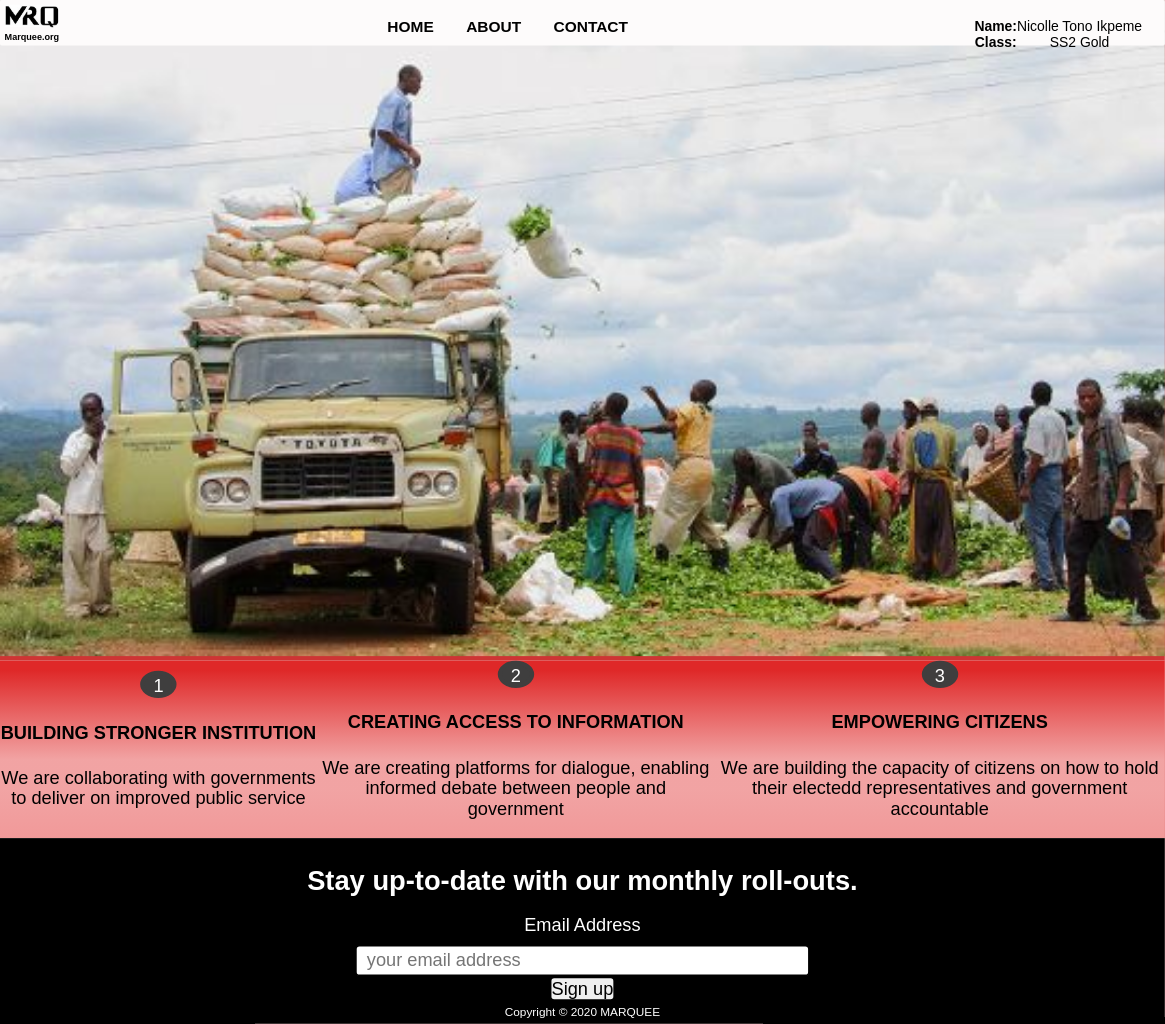
Repository: pboi18/Marquee.org
Page: home.html
The author's editor kept a copy of each file at every save. The page is drawn from the files as they stood at one save, then again after the next save.
The browser window is 1280 px wide. The pictures show the whole page, at 91% of full size.

Above is the page before, as saved 2020-07-11 23:22:00.

### home.html
<!DOCTYPE html>
<html>
    <head>
        <meta charset="utf-8">
        <link rel="icon" type="image/png" sizes="16x16" href="img/logo.png">
        <title>Marquee</title>

        <link rel="stylesheet" href="style.css" >
        <link rel="stylesheet" href="normalize.css">
        <link rel="stylesheet" href="Grid.css">


    </head>

    <body>
        <div class="main">
            <header>
                <nav>
                    <div class="navbar">
                        <div class="logo">
                            <img src="img/logo2.jpg" alt="MARQUEE" style="width: 60px; height: 25px;">
                            <p style="font-weight:bold; font-size: x-small; margin: 0px;">Marquee.org</p>
                        </div>



                        <ul class="main-nav">
                            <li>
                                <a href="home.html">
                                    Home
                                </a>
                            </li>

                            <li>
                                <a href="about.html">
                                    ABOUT
                                </a>
                            </li>

                            <li>
                                <a href="contact.html">
                                    CONTACT
                                </a>
                            </li>

                            <li style="float: right;">
                                <table class="id">
                                    <tr>
                                        <th>Name:</th>
                                        <td> Nicolle Tono Ikpeme</td>
                                    </tr>

                                    <tr>
                                        <th>Class:</th>
                                        <td> SS2 Gold</td>
                                    </tr>

                                </table>
                            </li>

                        </ul>

                        </div>
                </nav>

                <div style="background-color: rgb(206, 52, 52)">
                    <img src="img/home.jpg" alt="Farmers" style="width: 100%; margin: 0px; height: 100%;">
                </div>

                <table class="wup">
                    <tr>
                        <td style="width: auto;" class="span-1-of-3">
                            <div class="cover">
                                <p class="numb">1</p>
                                <h4 style="text-align: center;  ;">BUILDING STRONGER INSTITUTION</h4>
                                <p style="text-align: center; font-size: 20px; ">We are collaborating with governments to deliver on improved public service</p>
                            </div>
                        </td>

                        <td style="width: auto;" class="span-1-of-3">
                            <div class="cover">
                                <p class="numb">2</p>
                                <h4 style="text-align: center;">CREATING ACCESS TO INFORMATION</h4>
                                <p style="text-align: center; font-size: 20px;">We are creating platforms for dialogue, enabling informed debate between people and government</p>
                            </div>
                        </td>

                        <td style="width: auto;" class="span-1-of-3">
                            <div class="cover">
                                <p class="numb">3</p>
                                <h4 style="text-align: center;">EMPOWERING CITIZENS</h4>
                                <p style="text-align: center; font-size: 20px;">We are building the capacity of citizens on how to hold their electedd representatives and government accountable</p>
                            </div>
                        </td>
                    </tr>
                </table>
            </header>

            <section>
                <div class="sec">
                    <h2 style="color: white; padding-top: 30px; padding-bottom: 10px; margin: 0;">Stay up-to-date with our monthly roll-outs.</h2>

                    <form style="text-align: center;">
                    <label style="color: white;">Email Address</label>
                    <input type="email" name="email" placeholder="  your email address" style=" width: 500px; margin: auto;" required>
                    <button type="submit" value="SIGN UP" name="sign up">Sign up</button>
                    </form>
                </div>
            </section>
        </div>

        <footer>
            <P style="color: white; text-align: center; margin: auto; font-size: small; padding: 5px;">
                Copyright &copy; 2020 MARQUEE
            </P>
        </footer>
    </body>
</html>

### style.css
* {
    margin: o;
    padding: 0;
    box-sizing: border-box;
}

html {
    background-color: #fff;
    max-width: 100%;
    font-size: 20px;
    font-weight: 300;
    font-family: Arial, Helvetica, sans-serif;
    text-rendering: optimizeLegibility;
}



h1 {
    margin: 0;
}

label {
    display: block;
    padding: 10px;
}

input {
    display: block;
    width: 100%;
    height: 35px;
    border-radius: 5px;
    border: 2px #000 solid;
}

button {
    border-radius: 5px;
    border: 2px #000 solid;
}

textarea {
    display: block;
    height: 100px;
    width: 100%;
    border: 2px #000 solid;
    border-radius: 5px;
}
/* header {
    background-image: linear-gradient( rgba(0, 0, 0, 0.4), rgba(0, 0, 0, 0.4)), url(img/home.jpg);
    height: 100vh;
    background-size: cover;
    background-position: center;
} */


.logo {
    height: 40px;
    width: 60px;
    float: left;
    margin: 5px;
}

.main-nav {
    list-style: none;
    margin: auto;
    margin-top: 10px;
    text-align: center;


}

.main-nav li {
    display: inline-block;
    margin: 10px 15px;
    font-size: 85%;

}

.main-nav li a:link,
.main-nav li a:visited {
    color: #000;
    text-decoration: none;
    text-transform: uppercase;
    font-weight: bold;
    padding: 3px 0px;
    border-bottom: 3px solid transparent;
    transition: border-bottom 0.2s;
}

.main-nav li a:hover,
.main-nav li a:active {
    border-bottom: 3px solid rgb(158, 0, 0);
}
.id {
    display: inline;
    padding: 10px;
    font-size: 90%;
}

.navbar {
    height: 50px;
    width: 100%;
    display: inline-block;
    border-radius: 2px;
    box-shadow: 0px 3px -1px 2px rgb(190, 189, 189);
    position: fixed;
    background-color: rgb(253, 251, 251);
}

.navbar2 {
    height: 60px;
    width: 100%;
    display: inline-block;
    border-radius: 2px;
    box-shadow: 1px 1px 3px 2px rgb(20, 20, 20);
    /* position: fixed; */
    background-color: rgb(253, 251, 251);
}

.numb {
    border: solid 5px rgb(63, 62, 62);
    text-align: center;
    width: 40px;
    height: 30px;
    align-self: center;
    border-radius: 50%;
    margin: auto;
    background-color: rgb(63, 62, 62);
    color: white;
}
.wup {
    padding-top: 10px;

    background: linear-gradient(180deg, #DF2828 5.21%, rgba(223, 40, 40, 0.427083) 55.73%, rgba(223, 40, 40, 0.427083) 64.06%, rgba(223, 40, 40, 0.427083) 73.44%, rgba(222, 17, 17, 0.427083) 100%, rgba(170, 77, 77, 0) 100%);
}

.cover {
    border-radius: 5px;
    margin: auto;
}

.sec {
    background-color: black;
    width: 100%;
    text-align: center;
    margin-bottom: 20px #000;
}



main {
    margin: auto;
    margin-bottom: 30px;
}

.con {
    width: 90%;
    margin: auto;
    margin-bottom: 50px;
}
.contact {
    text-align: center;
    margin: auto;
    margin-bottom: 50px;
}
.image {
    width: 550px;
    height: 500px;
    float: left;
}

.form2 {
    float: right;
    text-align: left;
    font-size: 85%;
    font-weight: bold;
}

footer {
    background-color: #000;
}

### Grid.css

/*  SECTIONS  ============================================================================= */

.section {
	clear: both;
	padding: 0px;
	margin: 0px;
}

/*  GROUPING  ============================================================================= */

.row {
    zoom: 1; /* For IE 6/7 (trigger hasLayout) */
}

.row:before,
.row:after {
    content:"";
    display:table;
}
.row:after {
    clear:both;
}

/*  GRID COLUMN SETUP   ==================================================================== */

.col {
	display: block;
	float:left;
	margin: 1% 0 1% 1.6%;
}

.col:first-child { margin-left: 0; } /* all browsers except IE6 and lower */


/*  REMOVE MARGINS AS ALL GO FULL WIDTH AT 480 PIXELS */

@media only screen and (max-width: 480px) {
	.col {
		/*margin: 1% 0 1% 0%;*/
        margin: 0;
	}
}


/*  GRID OF TWO   ============================================================================= */


.span-2-of-2 {
	width: 100%;
}

.span-1-of-2 {
	width: 49.2%;
}

/*  GO FULL WIDTH AT LESS THAN 480 PIXELS */

@media only screen and (max-width: 480px) {
	.span-2-of-2 {
		width: 100%;
	}
	.span-1-of-2 {
		width: 100%;
	}
}


/*  GRID OF THREE   ============================================================================= */


.span-3-of-3 {
	width: 100%;
}

.span-2-of-3 {
	width: 66.13%;
}

.span-1-of-3 {
	width: 32.26%;
}


/*  GO FULL WIDTH AT LESS THAN 480 PIXELS */

@media only screen and (max-width: 480px) {
	.span-3-of-3 {
		width: 100%;
	}
	.span-2-of-3 {
		width: 100%;
	}
	.span-1-of-3 {
		width: 100%;
	}
}

/*  GRID OF FOUR   ============================================================================= */


.span-4-of-4 {
	width: 100%;
}

.span-3-of-4 {
	width: 74.6%;
}

.span-2-of-4 {
	width: 49.2%;
}

.span-1-of-4 {
	width: 23.8%;
}


/*  GO FULL WIDTH AT LESS THAN 480 PIXELS */

@media only screen and (max-width: 480px) {
	.span-4-of-4 {
		width: 100%;
	}
	.span-3-of-4 {
		width: 100%;
	}
	.span-2-of-4 {
		width: 100%;
	}
	.span-1-of-4 {
		width: 100%;
	}
}


/*  GRID OF FIVE   ============================================================================= */


.span-5-of-5 {
	width: 100%;
}

.span-4-of-5 {
  	width: 79.68%;
}

.span-3-of-5 {
  	width: 59.36%;
}

.span-2-of-5 {
  	width: 39.04%;
}

.span-1-of-5 {
  	width: 18.72%;
}


/*  GO FULL WIDTH AT LESS THAN 480 PIXELS */

@media only screen and (max-width: 480px) {
	.span-5-of-5 {
		width: 100%;
	}
	.span-4-of-5 {
		width: 100%;
	}
	.span-3-of-5 {
		width: 100%;
	}
	.span-2-of-5 {
		width: 100%;
	}
	.span-1-of-5 {
		width: 100%;
	}
}


/*  GRID OF SIX   ============================================================================= */


.span-6-of-6 {
	width: 100%;
}

.span-5-of-6 {
  	width: 83.06%;
}

.span-4-of-6 {
  	width: 66.13%;
}

.span-3-of-6 {
  	width: 49.2%;
}

.span-2-of-6 {
  	width: 32.26%;
}

.span-1-of-6 {
  	width: 15.33%;
}


/*  GO FULL WIDTH AT LESS THAN 480 PIXELS */

@media only screen and (max-width: 480px) {
	.span-6-of-6 {
		width: 100%;
	}
	.span-5-of-6 {
		width: 100%;
	}
	.span-4-of-6 {
		width: 100%;
	}
	.span-3-of-6 {
		width: 100%;
	}
	.span-2-of-6 {
		width: 100%;
	}
	.span-1-of-6 {
		width: 100%;
	}
}



/*  GRID OF SEVEN   ============================================================================= */


.span-7-of-7 {
	width: 100%;
}

.span-6-of-7 {
	width: 85.48%;
}

.span-5-of-7 {
  	width: 70.97%;
}

.span-4-of-7 {
  	width: 56.45%;
}

.span-3-of-7 {
  	width: 41.94%;
}

.span-2-of-7 {
  	width: 27.42%;
}

.span-1-of-7 {
  	width: 12.91%;
}


/*  GO FULL WIDTH AT LESS THAN 480 PIXELS */

@media only screen and (max-width: 480px) {
	.span-7-of-7 {
		width: 100%;
	}
	.span-6-of-7 {
		width: 100%;
	}
	.span-5-of-7 {
		width: 100%;
	}
	.span-4-of-7 {
		width: 100%;
	}
	.span-3-of-7 {
		width: 100%;
	}
	.span-2-of-7 {
		width: 100%;
	}
	.span-1-of-7 {
		width: 100%;
	}
}


/*  GRID OF EIGHT   ============================================================================= */


.span-8-of-8 {
	width: 100%;
}

.span-7-of-8 {
	width: 87.3%;
}

.span-6-of-8 {
	width: 74.6%;
}

.span-5-of-8 {
	width: 61.9%;
}

.span-4-of-8 {
	width: 49.2%;
}

.span-3-of-8 {
	width: 36.5%;
}

.span-2-of-8 {
	width: 23.8%;
}

.span-1-of-8 {
	width: 11.1%;
}


/*  GO FULL WIDTH AT LESS THAN 480 PIXELS */

@media only screen and (max-width: 480px) {
	.span-8-of-8 {
		width: 100%;
	}
	.span-7-of-8 {
		width: 100%;
	}
	.span-6-of-8 {
		width: 100%;
	}
	.span-5-of-8 {
		width: 100%;
	}
	.span-4-of-8 {
		width: 100%;
	}
	.span-3-of-8 {
		width: 100%;
	}
	.span-2-of-8 {
		width: 100%;
	}
	.span-1-of-8 {
		width: 100%;
	}
}


/*  GRID OF NINE   ============================================================================= */


.span-9-of-9 {
	width: 100%;
}

.span-8-of-9 {
	width: 88.71%;
}

.span-7-of-9 {
	width: 77.42%;
}

.span-6-of-9 {
	width: 66.13%;
}

.span-5-of-9 {
	width: 54.84%;
}

.span-4-of-9 {
	width: 43.55%;
}

.span-3-of-9 {
	width: 32.26%;
}

.span-2-of-9 {
	width: 20.97%;
}

.span-1-of-9 {
	width: 9.68%;
}


/*  GO FULL WIDTH AT LESS THAN 480 PIXELS */

@media only screen and (max-width: 480px) {
	.span-9-of-9 {
		width: 100%;
	}
	.span-8-of-9 {
		width: 100%;
	}
	.span-7-of-9 {
		width: 100%;
	}
	.span-6-of-9 {
		width: 100%;
	}
	.span-5-of-9 {
		width: 100%;
	}
	.span-4-of-9 {
		width: 100%;
	}
	.span-3-of-9 {
		width: 100%;
	}
	.span-2-of-9 {
		width: 100%;
	}
	.span-1-of-9 {
		width: 100%;
	}
}


/*  GRID OF TEN   ============================================================================= */


.span-10-of-10 {
	width: 100%;
}

.span-9-of-10 {
	width: 89.84%;
}

.span-8-of-10 {
	width: 79.68%;
}

.span-7-of-10 {
	width: 69.52%;
}

.span-6-of-10 {
	width: 59.36%;
}

.span-5-of-10 {
	width: 49.2%;
}

.span-4-of-10 {
	width: 39.04%;
}

.span-3-of-10 {
	width: 28.88%;
}

.span-2-of-10 {
	width: 18.72%;
}

.span-1-of-10 {
	width: 8.56%;
}


/*  GO FULL WIDTH AT LESS THAN 480 PIXELS */

@media only screen and (max-width: 480px) {
	.span-10-of-10 {
		width: 100%;
	}
	.span-9-of-10 {
		width: 100%;
	}
	.span-8-of-10 {
		width: 100%;
	}
	.span-7-of-10 {
		width: 100%;
	}
	.span-6-of-10 {
		width: 100%;
	}
	.span-5-of-10 {
		width: 100%;
	}
	.span-4-of-10 {
		width: 100%;
	}
	.span-3-of-10 {
		width: 100%;
	}
	.span-2-of-10 {
		width: 100%;
	}
	.span-1-of-10 {
		width: 100%;
	}
}


/*  GRID OF ELEVEN   ============================================================================= */

.span-11-of-11 {
	width: 100%;
}

.span-10-of-11 {
	width: 90.76%;
}

.span-9-of-11 {
	width: 81.52%;
}

.span-8-of-11 {
	width: 72.29%;
}

.span-7-of-11 {
	width: 63.05%;
}

.span-6-of-11 {
	width: 53.81%;
}

.span-5-of-11 {
	width: 44.58%;
}

.span-4-of-11 {
	width: 35.34%;
}

.span-3-of-11 {
	width: 26.1%;
}

.span-2-of-11 {
	width: 16.87%;
}

.span-1-of-11 {
	width: 7.63%;
}


/*  GO FULL WIDTH AT LESS THAN 480 PIXELS */

@media only screen and (max-width: 480px) {
	.span-11-of-11 {
		width: 100%;
	}
	.span-10-of-11 {
		width: 100%;
	}
	.span-9-of-11 {
		width: 100%;
	}
	.span-8-of-11 {
		width: 100%;
	}
	.span-7-of-11 {
		width: 100%;
	}
	.span-6-of-11 {
		width: 100%;
	}
	.span-5-of-11 {
		width: 100%;
	}
	.span-4-of-11 {
		width: 100%;
	}
	.span-3-of-11 {
		width: 100%;
	}
	.span-2-of-11 {
		width: 100%;
	}
	.span-1-of-11 {
		width: 100%;
	}
}


/*  GRID OF TWELVE   ============================================================================= */

.span-12-of-12 {
	width: 100%;
}

.span-11-of-12 {
	width: 91.53%;
}

.span-10-of-12 {
	width: 83.06%;
}

.span-9-of-12 {
	width: 74.6%;
}

.span-8-of-12 {
	width: 66.13%;
}

.span-7-of-12 {
	width: 57.66%;
}

.span-6-of-12 {
	width: 49.2%;
}

.span-5-of-12 {
	width: 40.73%;
}

.span-4-of-12 {
	width: 32.26%;
}

.span-3-of-12 {
	width: 23.8%;
}

.span-2-of-12 {
	width: 15.33%;
}

.span-1-of-12 {
	width: 6.86%;
}


/*  GO FULL WIDTH AT LESS THAN 480 PIXELS */

@media only screen and (max-width: 480px) {
	.span-12-of-12 {
		width: 100%;
	}
	.span-11-of-12 {
		width: 100%;
	}
	.span-10-of-12 {
		width: 100%;
	}
	.span-9-of-12 {
		width: 100%;
	}
	.span-8-of-12 {
		width: 100%;
	}
	.span-7-of-12 {
		width: 100%;
	}
	.span-6-of-12 {
		width: 100%;
	}
	.span-5-of-12 {
		width: 100%;
	}
	.span-4-of-12 {
		width: 100%;
	}
	.span-3-of-12 {
		width: 100%;
	}
	.span-2-of-12 {
		width: 100%;
	}
	.span-1-of-12 {
		width: 100%;
	}
}

Loaded but not shown: normalize.css (library)

After the next save:
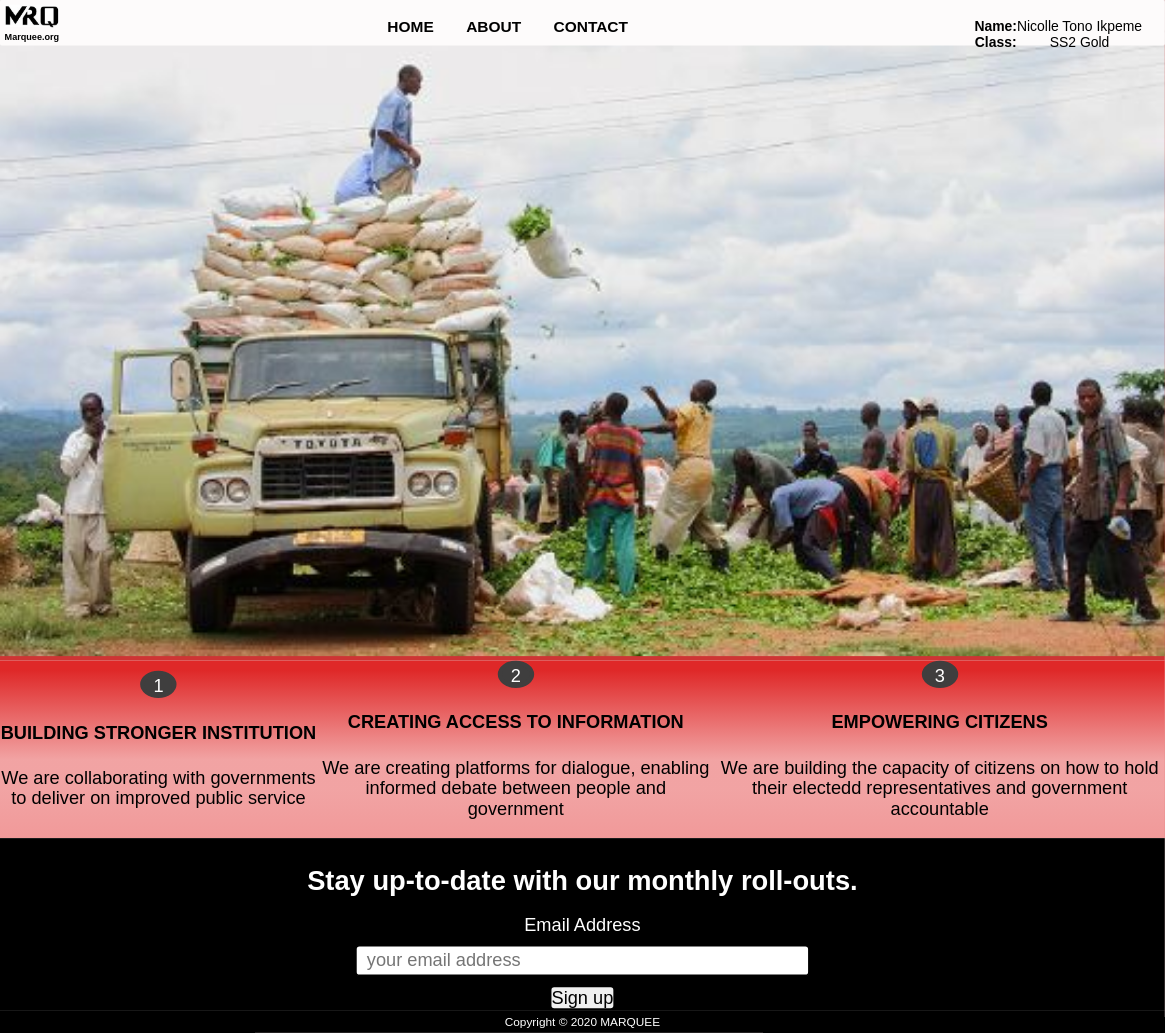
Saved 14 s later.
--- a/home.html
+++ b/home.html
@@ -102,7 +102,7 @@
 
                     <form style="text-align: center;">
                     <label style="color: white;">Email Address</label>
-                    <input type="email" name="email" placeholder="  your email address" style=" width: 500px; margin: auto;" required>
+                    <input type="email" name="email" placeholder="  your email address" style=" width: 500px; margin: auto; margin-bottom: 10px;" required>
                     <button type="submit" value="SIGN UP" name="sign up">Sign up</button>
                     </form>
                 </div>
